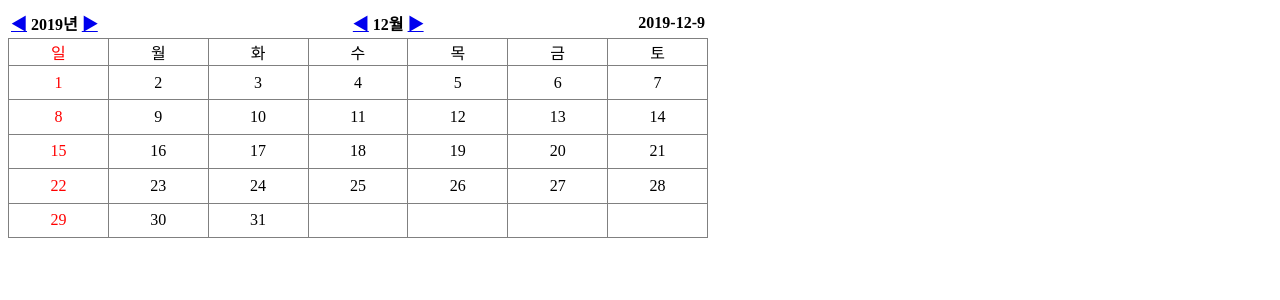
Repository: leecrossun/web-practice-javascript-2019
Page: http://localhost/First_half/Practice46/calendar.jsp
An editor plug-in stored every save of this project. The page is shown before and after the next save, followed by the edit.
The browser window is 1280 px wide. The pictures show the whole page.
The page is served by Tomcat 9. Other server files are loaded and not shown.

Above is the page before, as saved 2019-12-11 06:18:56.

### JSP/First_half/WebContent/Practice46/calendar.jsp
<%@ page language="java" contentType="text/html; charset=UTF-8"
   pageEncoding="UTF-8" import="java.util.Calendar"%>
<!DOCTYPE html>
<html>
<head>
<style>
#tb1 {
   width : 700px;
}
.center {
   text-align : center;
}
.right{
   text-align : right;
}
#tb2 {
   width : 700px;
   height : 200px;
   text-align : center;
   border-collapse : collapse;
}
#days {
   height : 20px;
}
</style>
<meta charset="UTF-8">
<title>Calendar</title>
</head>
<body>
<!-- 20170472 백진경 -->
   <%

   //돌아가는데 가독성 부분만 봐주세요


     out.println("<div align = \"left\">");

      //먼저 Calendar 객체를 두 개 만들었어요. cal은 달력용, cal2은 우측 상단 출력용
      Calendar cal = Calendar.getInstance();
      Calendar cal2 = Calendar.getInstance();

    //parameter를 통해 year, month값을 받았어요
      String sYear = request.getParameter("year");
      String sMonth = request.getParameter("month");
      int year, month;

    //그리고 그 값을 String에서 Integer로 바꿔주고, 만약 값이 없으면 오늘 달력으로
      if (sYear == null || sMonth == null) {
         year = cal.get(Calendar.YEAR);
         month = cal.get(Calendar.MONTH) + 1;
      } else {
         year = Integer.parseInt(sYear);
         month = Integer.parseInt(sMonth);
      }

    // 만약 월의 범위가 넘어가면 작동 안 되게 바꿨어요
      if(month >= 12) {
         month = 12;
      }
      if(month <= 1){
         month = 1;
      }

    //출력용에 값을 넣어줬어요
      int year_static = cal2.get(Calendar.YEAR);;
      int month_static = cal2.get(Calendar.MONTH) + 1;
      int date_static = cal2.get(Calendar.DAY_OF_MONTH);

    //달력용에도 값을 넣고, 요일이랑 마지막날짜랑 줄을 바꾸기 위한 변수를 선언했어요
      cal.set(year, month - 1, 1);
      int day = cal.get(Calendar.DAY_OF_WEEK);
      int end = cal.getActualMaximum(Calendar.DAY_OF_MONTH);
      int space = 0;

     // 테이블을 만들어 첫 줄을 작성했어요
      out.println("<table id = \"tb1\">" );
      out.println("<tr>" );
      out.println("<td>" + "<b>" +"<a href=\"calendar.jsp?year="+(year-1));
      out.println("&month=" + month + "\">" + "◀" + "</a>" );
      out.println(year + "년");
      out.println("<a href=\"calendar.jsp?year="+(year+1));
      out.println("&month=" + month + "\">" + "▶ " +"</a>" + "</td>" );

      out.println("<td class = \"center\">" + "<b>" + "<a href=\"calendar.jsp?year="+year);
      out.println("&month=" + (month-1) + "\">" + "◀" + "</a>" );
      out.println(month + "월");
      out.println("<a href=\"calendar.jsp?year="+year);
      out.println("&month=" + (month+1) + "\">" + "▶ " +"</a>" + "</td>" );

      out.println("<td class = \"right\">");
      out.println("<b>" + year_static + "-" + month_static + "-" + date_static + "</b>"+ " </td>");
      out.println("</tr>" + "</table>" );

     //달력의 요일부를 출력했어요
      out.println("<table id = \"tb2\" border = \"1\">");
      out.println("<tr>");
      out.println("<td id = \"days\">" + "<font color = \"red\">" + "일" + "</font>" + "</td>");
      out.println("<td id = \"days\">" + "월" + "</td>");
      out.println("<td id = \"days\">" + "화" + "</td>");
      out.println("<td id = \"days\">" + "수" + "</td>");
      out.println("<td id = \"days\">" + "목" + "</td>");
      out.println("<td id = \"days\">" + "금" + "</td>");
      out.println("<td id = \"days\">" + "토" + "</td>" + "</tr>" + "<tr>");

      //달력의 날짜를 출력했어요
      for (int i = 1; i <= end; i++) {
         while (space < day - 1) {
            out.println("<td>" + "&nbsp" + "</td>");
            space++;
         }

         if (space % 7 == 0) { //만약 일요일이면 붉게 출력하기
            out.println("<td>" + "<font color = \"red\">" + i + "</td>");
            space++;
         } else {
             out.println("<td>" + i + "</td>");
             space++;
         }


         if (space % 7 == 0){ //만약 7개를 다 출력했으면 줄 바꾸기
            out.println("</tr>" + "<tr>");
         }

         if (i == end) { //마지막줄에서 마지막날이 지나도 7칸을 모두 출력하기
            while (space % 7 !=0 ) {
                 out.println("<td>" + "&nbsp" + "</td>");
                 space++;
              }
         }

      }
      out.println("</tr>");
      out.println("</table>");
      out.println("</div>");

 %>
</body>
</html>

After the next save:
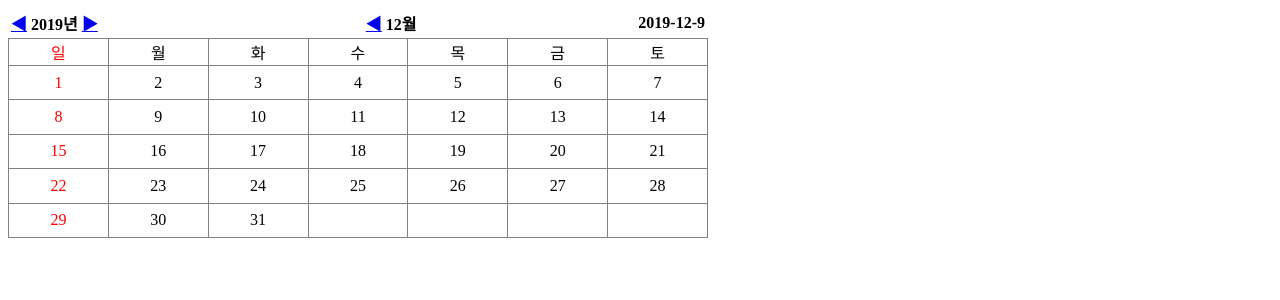
Saved 7 min 25 s later.
--- a/JSP/First_half/WebContent/Practice46/calendar.jsp
+++ b/JSP/First_half/WebContent/Practice46/calendar.jsp
@@ -1,8 +1,10 @@
 <%@ page language="java" contentType="text/html; charset=UTF-8"
    pageEncoding="UTF-8" import="java.util.Calendar"%>
+<!-- 20170472 백진경  || 이클립스 기준 과제 작성하였습니다. -->
 <!DOCTYPE html>
 <html>
 <head>
+<!-- 테이블 스타일-->
 <style>
 #tb1 {
    width : 700px;
@@ -27,12 +29,7 @@
 <title>Calendar</title>
 </head>
 <body>
-<!-- 20170472 백진경 -->
-   <%
-
-   //돌아가는데 가독성 부분만 봐주세요
-
-
+<%
      out.println("<div align = \"left\">");
 
       //먼저 Calendar 객체를 두 개 만들었어요. cal은 달력용, cal2은 우측 상단 출력용
@@ -44,21 +41,13 @@
       String sMonth = request.getParameter("month");
       int year, month;
 
-    //그리고 그 값을 String에서 Integer로 바꿔주고, 만약 값이 없으면 오늘 달력으로
+    //그리고 그 값을 String에서 Integer로 바꿔주고, 만약 값이 없으면 오늘 날짜를 입력해요
       if (sYear == null || sMonth == null) {
          year = cal.get(Calendar.YEAR);
          month = cal.get(Calendar.MONTH) + 1;
       } else {
          year = Integer.parseInt(sYear);
          month = Integer.parseInt(sMonth);
-      }
-
-    // 만약 월의 범위가 넘어가면 작동 안 되게 바꿨어요
-      if(month >= 12) {
-         month = 12;
-      }
-      if(month <= 1){
-         month = 1;
       }
 
     //출력용에 값을 넣어줬어요
@@ -72,7 +61,7 @@
       int end = cal.getActualMaximum(Calendar.DAY_OF_MONTH);
       int space = 0;
 
-     // 테이블을 만들어 첫 줄을 작성했어요
+    //첫 줄을 출력합니다.(연도 변경 하이퍼링크)
       out.println("<table id = \"tb1\">" );
       out.println("<tr>" );
       out.println("<td>" + "<b>" +"<a href=\"calendar.jsp?year="+(year-1));
@@ -81,12 +70,29 @@
       out.println("<a href=\"calendar.jsp?year="+(year+1));
       out.println("&month=" + month + "\">" + "▶ " +"</a>" + "</td>" );
 
-      out.println("<td class = \"center\">" + "<b>" + "<a href=\"calendar.jsp?year="+year);
-      out.println("&month=" + (month-1) + "\">" + "◀" + "</a>" );
-      out.println(month + "월");
-      out.println("<a href=\"calendar.jsp?year="+year);
-      out.println("&month=" + (month+1) + "\">" + "▶ " +"</a>" + "</td>" );
+    // (월 변경 하이퍼링크) 만약 월의 범위가 넘어가면 작동 안 되게 바꿨어요
+      if(month >= 12) {
+         // 12월, 뒤로 넘어가지 않는 출력
+          out.println("<td class = \"center\">" + "<b>" + "<a href=\"calendar.jsp?year="+year);
+          out.println("&month=" + (month-1) + "\">" + "◀" + "</a>" );
+          out.println(month + "월");
+      }
+      else if(month <= 1){
+         // 1월, 앞으로 넘어가지 않는 출력
+         out.println("<td class = \"center\">");
+          out.println(month + "월");
+          out.println("<a href=\"calendar.jsp?year="+year);
+          out.println("&month=" + (month+1) + "\">" + "▶ " +"</a>" + "</td>" );
+      } else {
+         // 그 외, 일반 출력
+          out.println("<td class = \"center\">" + "<b>" + "<a href=\"calendar.jsp?year="+year);
+          out.println("&month=" + (month-1) + "\">" + "◀" + "</a>" );
+          out.println(month + "월");
+          out.println("<a href=\"calendar.jsp?year="+year);
+          out.println("&month=" + (month+1) + "\">" + "▶ " +"</a>" + "</td>" );
+      }
 
+     // 첫줄 오른칸 날짜 출력
       out.println("<td class = \"right\">");
       out.println("<b>" + year_static + "-" + month_static + "-" + date_static + "</b>"+ " </td>");
       out.println("</tr>" + "</table>" );
